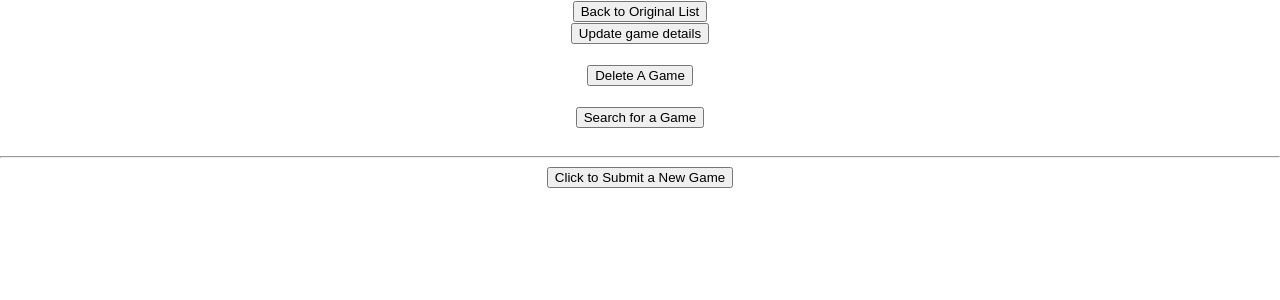
Repository: The-Software-Guild/assessment-2-react-nj10deadend
Page: / (app in Part-2/React-section/frontend/)
The author's editor kept a copy of each file at every save. The page is drawn from the files as they stood at one save, then again after the next save.
The browser window is 1280 px wide. The pictures show the whole page.
The page's requests for data from a server got no answer. The project was rebuilt for these pictures with package versions that can differ from the ones it lists, and the page was loaded fresh each time. No one was signed in, and anything a server would have sent is missing. Also part of the build but not shown: Part-2/React-section/frontend/src/components/GameCards.js.

Above is the page before, as saved 2021-12-19 15:28:40.

### Part-2/React-section/frontend/public/index.html
<!DOCTYPE html>
<html lang="en">
  <head>
    <meta charset="utf-8" />
    <link rel="icon" href="%PUBLIC_URL%/favicon.ico" />
    <meta name="viewport" content="width=device-width, initial-scale=1" />
    <meta name="theme-color" content="#000000" />
    <meta name="viewport" content="initial-scale=1, width=device-width" />
    <meta
      name="description"
      content="Web site created using create-react-app"
    />
    <link rel="apple-touch-icon" href="%PUBLIC_URL%/logo192.png" />
    <!--
      manifest.json provides metadata used when your web app is installed on a
      user's mobile device or desktop. See https://developers.google.com/web/fundamentals/web-app-manifest/
    -->
    <link rel="manifest" href="%PUBLIC_URL%/manifest.json" />
    <!--
      Notice the use of %PUBLIC_URL% in the tags above.
      It will be replaced with the URL of the `public` folder during the build.
      Only files inside the `public` folder can be referenced from the HTML.

      Unlike "/favicon.ico" or "favicon.ico", "%PUBLIC_URL%/favicon.ico" will
      work correctly both with client-side routing and a non-root public URL.
      Learn how to configure a non-root public URL by running `npm run build`.
    -->
    <link
      rel="stylesheet"
      href="https://fonts.googleapis.com/css?family=Roboto:300,400,500,700&display=swap"
    />
    <title>React App</title>
  </head>
  <body>
    <noscript>You need to enable JavaScript to run this app.</noscript>
    <div id="root"></div>
    <!--
      This HTML file is a template.
      If you open it directly in the browser, you will see an empty page.

      You can add webfonts, meta tags, or analytics to this file.
      The build step will place the bundled scripts into the <body> tag.

      To begin the development, run `npm start` or `yarn start`.
      To create a production bundle, use `npm run build` or `yarn build`.
    -->
  </body>
</html>

### Part-2/React-section/frontend/src/index.css
body {
  margin: 0;
  font-family: -apple-system, BlinkMacSystemFont, 'Segoe UI', 'Roboto', 'Oxygen',
    'Ubuntu', 'Cantarell', 'Fira Sans', 'Droid Sans', 'Helvetica Neue',
    sans-serif;
  -webkit-font-smoothing: antialiased;
  -moz-osx-font-smoothing: grayscale;
}

code {
  font-family: source-code-pro, Menlo, Monaco, Consolas, 'Courier New',
    monospace;
}

.imgs {
  height: 250px;
  width: 250px;
}

### Part-2/React-section/frontend/src/App.js
import './App.css';
import Home from './components/Home';
import AddGameForm from './components/AddGameForm';
import GameSearch from './components/GameSearch';
import UpdateGame from './components/UpdateGame';
import DeleteGame from './components/DeleteGame';
import axios from 'axios';
import {useState, useEffect} from 'react';

// import Container from '@mui/material/Container';
// import Button from '@mui/material/Button';
// import Typography from '@mui/material/Typography';

function App() {

  const [gameData, setGameData] = useState([]);

  function getFetchGameServer () {
    axios.get(`http://localhost:8080/allGames`)
      .then(res => {
        setGameData(res.data)
      })

  }

  useEffect(getFetchGameServer, []);

  return (
    <div className="App">
      <button onClick={getFetchGameServer}>Back to Original List</button>
      <UpdateGame getFetchGameServer={getFetchGameServer}/>
      <br></br>
      <DeleteGame getFetchGameServer={getFetchGameServer} />
      <br></br>
      <GameSearch setGameData={setGameData}/>
      <br></br>
      <hr></hr>
      <AddGameForm setGameData={setGameData}/>

      <Home gameData={gameData}/>

    </div>
  );
}

export default App;

### Part-2/React-section/frontend/src/components/Home.js
import GameCards from "./GameCards";


function Home ({gameData}) {

    const renderGameData = gameData.map(eachGame => {
        console.log(eachGame._id);
        return (
            <GameCards key={eachGame._id} eachGame={eachGame} />
        )
    })
    return (
        <div>
            {renderGameData}

        </div>
    )
}

export default Home;

### Part-2/React-section/frontend/src/components/AddGameForm.js
import {useState, useEffect} from 'react';
import axios from 'axios';

function AddGameForm ({setGameData}) {

    const [clicked, setClicked] = useState(false);
    const [submitted, setSubmitted] = useState(false);
    const [name, setName] = useState("");
    const [img, setImg] = useState("");
    const [crossPlatform, setCrossPlatform] = useState(false);
    const [price, setPrice] = useState(0);
    const [genres, setGenres] = useState(["", "", ""]);
    const buttonText = clicked ? "Hide Submission Form" : "Click to Submit a New Game"

    function postRequest() {
        return axios.post('http://localhost:8080/allGames', {
            name: name,
            img: img,
            cross_platform: crossPlatform,
            price: price,
            genres: genres
        })
        .then(function (response) {
            console.log(response);
            return response.data;
        })
        .catch(function (error) {
            console.log(error);
            return null;
        });
    }

    async function onSubmit(event) {
        event.preventDefault();
        setName("");
        setImg("");
        setCrossPlatform("");
        setPrice("");
        setGenres(["", "", ""]);
        const newGame = await postRequest();
        console.log(newGame);
        setGameData((oldInfo)=> {
            console.log(oldInfo)
            return [...oldInfo, newGame]
        })
    }

    return (
        <div>
            <button onClick={() => {setClicked(!clicked)}}>{buttonText}</button>
            {clicked && (
                <form onSubmit={onSubmit}>
                    <div>
                        <label for="name">Name</label>
                        <br></br>
                        <input type="text" name="name" placeholder="Enter name" id="name"
                        value={name} onChange={(event) => {setName(event.target.value)}}/>
                    </div>
                    <div>
                        <label for="img">Image Url</label>
                        <br></br>
                        <input type="text" name="img" placeholder="Enter image URL" id="img"
                        value={img} onChange={(event) => {setImg(event.target.value)}}/>
                    </div>
                    <div>
                        <label for="cross platform">Cross Platform</label>
                        <br></br>
                        <input type="text" name="cross platform" placeholder="Enter true or false" id="cross_platform"
                        value={crossPlatform} onChange={(event) => {setCrossPlatform(event.target.value)}}/>
                    </div>
                    <div>
                        <label for="price">Price</label>
                        <br></br>
                        <input type="text" name="price" placeholder="Enter price of game" id="price"
                        value={price} onChange={(event) => {setPrice(event.target.value)}} />
                    </div>
                    <div>
                        <label for="genres">Genres</label>
                        <br></br>
                        <input type="text" name="genre1" placeholder="Enter first genre category" id="genre1"
                        value={genres[0]} onChange={(event) => {setGenres([event.target.value, genres[1], genres[2]])}}/>
                        <br></br>
                        <input type="text" name="genre2" placeholder="Enter second genre category" id="genre2"
                        value={genres[1]} onChange={(event) => {setGenres([genres[0], event.target.value, genres[2] ])}}/>
                        <br></br>
                        <input type="text" name="genre3" placeholder="Enter third genre category" id="genre3"
                        value={genres[2]} onChange={(event) => {setGenres([genres[0], genres[1], event.target.value])}}/>
                    </div>
                    <input type="submit" value="Submit"/>

                </form>
            )}


        </div>
    )
}

export default AddGameForm;

### Part-2/React-section/frontend/src/components/GameSearch.js
import {useState} from 'react';
import axios from 'axios';

function GameSearch ({setGameData}) {

    const [searchId, setSearchId] = useState("");
    const [clicked, setClicked] = useState(false);

    const searchGameText = clicked ? "Hide Search Form" : "Search for a Game"

    function getFetchOneGame () {
        axios.get(`http://localhost:8080/allGames/${searchId}`)
          .then(res => {
            setGameData([res.data])
        })

    }

    function onSearch(event) {
        event.preventDefault()
        setSearchId("");
        getFetchOneGame();
    }

    return (
        <div>
            <button onClick={() => {setClicked(!clicked)}}>{searchGameText}</button>
            {clicked && (
                <form onSubmit={onSearch}>
                    <input type="text" placeholder="Search for game by id..."
                    onChange={(event) => {setSearchId(event.target.value)}}
                    value = {searchId}
                    />
                    <input type="submit" value="Submit" />
                </form>
            )}
        </div>
    )
}

export default GameSearch;

### Part-2/React-section/frontend/src/components/UpdateGame.js
import {useState} from 'react';
import axios from 'axios';

function UpdateGame ({getFetchGameServer}) {
    const [name, setName] = useState("");
    const [img, setImg] = useState("");
    const [crossPlatform, setCrossPlatform] = useState("");
    const [price, setPrice] = useState("");
    const [genres, setGenres] = useState(["", "", ""]);

    const [clicked, setClicked] = useState(false);
    const [searchId, setSearchId] = useState("");

    const updateButtonText = clicked ? "Hide Update Form" : "Update game details"

    async function patchRequest () {
        await axios.patch(`http://localhost:8080/allGames/update/${searchId}`,  {
            name: name,
            img: img,
            cross_platform: crossPlatform,
            price: price,
            genres: genres
        })
    }

    async function updateChanges (event) {
        event.preventDefault();
        await patchRequest();
        getFetchGameServer();
        setSearchId("");
        setName("");
        setImg("");
        setCrossPlatform("");
        setPrice("");
    }
    return (
        <div>
            <button onClick={() => {setClicked(!clicked)}}>{updateButtonText}</button>
                {clicked && (
                    <div>
                        <form onSubmit={updateChanges}>
                            <div>
                                <h2>Enter Game ID</h2>
                                <label for="game-id">Game ID</label>
                                <br></br>
                                <input name="game-id" type="text" placeholder="Enter Game ID"
                                onChange={(event) => {setSearchId(event.target.value)}}
                                value = {searchId}
                                />
                            </div>
                            <div>
                                <label for="name">Name</label>
                                <br></br>
                                <input type="text" name="name" placeholder="Enter name" id="name"
                                value={name} onChange={(event) => {setName(event.target.value)}}/>
                            </div>
                            <div>
                                <label for="img">Image Url</label>
                                <br></br>
                                <input type="text" name="img" placeholder="Enter image URL" id="img"
                                value={img} onChange={(event) => {setImg(event.target.value)}}/>
                            </div>
                            <div>
                                <label for="cross platform">Cross Platform</label>
                                <br></br>
                                <input type="text" name="cross platform" placeholder="Enter true or false" id="cross_platform"
                                value={crossPlatform} onChange={(event) => {setCrossPlatform(event.target.value)}}/>
                            </div>
                            <div>
                                <label for="price">Price</label>
                                <br></br>
                                <input type="text" name="price" placeholder="Enter price of game" id="price"
                                value={price} onChange={(event) => {setPrice(event.target.value)}} />
                            </div>
                            <div>
                                <label for="genres">Genres</label>
                                <br></br>
                                <input type="text" name="genre1" placeholder="Enter first genre category" id="genre1"
                                value={genres[0]} onChange={(event) => {setGenres([event.target.value, genres[1], genres[2]])}}/>
                                <br></br>
                                <input type="text" name="genre2" placeholder="Enter second genre category" id="genre2"
                                value={genres[1]} onChange={(event) => {setGenres([genres[0], event.target.value, genres[2] ])}}/>
                                <br></br>
                                <input type="text" name="genre3" placeholder="Enter third genre category" id="genre3"
                                value={genres[2]} onChange={(event) => {setGenres([genres[0], genres[1], event.target.value])}}/>
                            </div>
                            <input type="submit" value="Submit Changes"/>

                        </form>
                    </div>
                )}


        </div>
    )
}

export default UpdateGame;

### Part-2/React-section/frontend/src/components/DeleteGame.js
import axios from 'axios';
import {useState} from 'react';

function DeleteGame ({getFetchGameServer}) {

    const [searchId, setSearchId] = useState("");
    const [clicked, setClicked] = useState(false);

    const deleteText = clicked ? "Hide Delete Form" : "Delete A Game"

    async function deleteGame () {
        await axios.delete(`http://localhost:8080/allGames/delete/${searchId}`)
    }

    async function onSubmit (event) {
        event.preventDefault();
        await deleteGame();
        getFetchGameServer();

    }
    return (
        <div>
            <button onClick={() => {setClicked(!clicked)}}>{deleteText}</button>
            {clicked && (
                <form onSubmit={onSubmit}>
                    <div>
                        <input name="game-id" type="text" placeholder="Enter Game ID"
                        onChange={(event) => {setSearchId(event.target.value)}}
                        value = {searchId}
                        />
                    </div>
                    <div>
                        <input type="submit" value="Delete Game"/>
                    </div>
                </form>
            )}

        </div>
    )
}
export default DeleteGame;

Loaded but not shown: Part-2/React-section/frontend/src/index.js (common file); Part-2/React-section/frontend/src/reportWebVitals.js (common file); Part-2/React-section/frontend/src/App.css (common file)

After the next save:
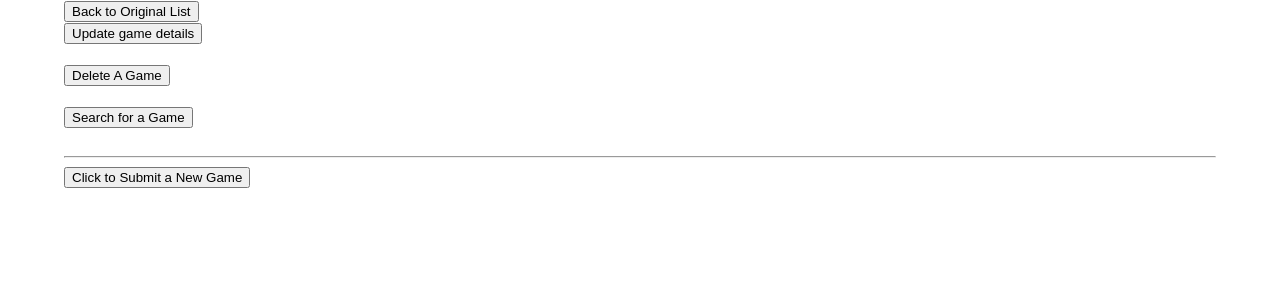
Saved 70 s later.
--- a/Part-2/React-section/frontend/src/App.js
+++ b/Part-2/React-section/frontend/src/App.js
@@ -7,9 +7,9 @@
 import axios from 'axios';
 import {useState, useEffect} from 'react';
 
-// import Container from '@mui/material/Container';
-// import Button from '@mui/material/Button';
-// import Typography from '@mui/material/Typography';
+import Container from '@mui/material/Container';
+import Button from '@mui/material/Button';
+import Typography from '@mui/material/Typography';
 
 function App() {
 
@@ -26,7 +26,8 @@
   useEffect(getFetchGameServer, []);
 
   return (
-    <div className="App">
+    // <div className="App">
+    <Container >
       <button onClick={getFetchGameServer}>Back to Original List</button>
       <UpdateGame getFetchGameServer={getFetchGameServer}/>
       <br></br>
@@ -38,8 +39,8 @@
       <AddGameForm setGameData={setGameData}/>
 
       <Home gameData={gameData}/>
+    </Container>
 
-    </div>
   );
 }
 

After the save that followed:
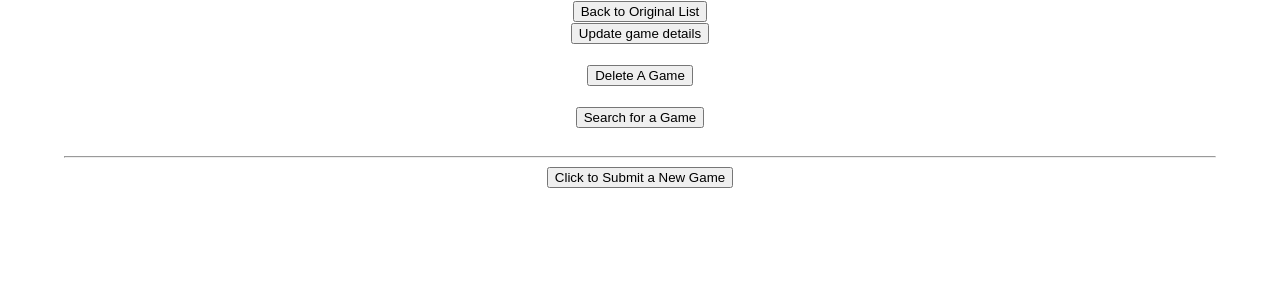
Saved 50 s later.
--- a/Part-2/React-section/frontend/src/App.js
+++ b/Part-2/React-section/frontend/src/App.js
@@ -27,7 +27,7 @@
 
   return (
     // <div className="App">
-    <Container >
+    <Container className="App">
       <button onClick={getFetchGameServer}>Back to Original List</button>
       <UpdateGame getFetchGameServer={getFetchGameServer}/>
       <br></br>
